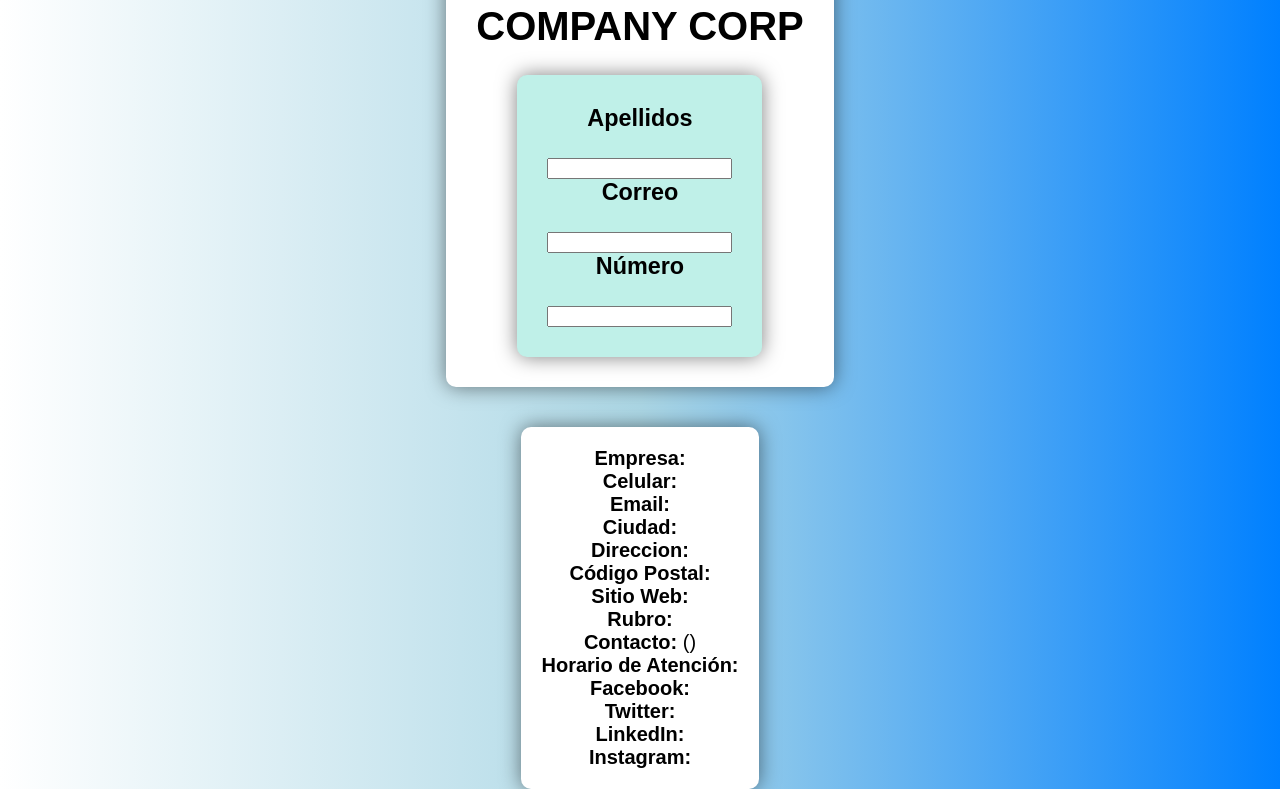
Repository: ANGELEDU141/TAREAWEBEWJASJDASJ
Page: http://localhost/JAVAWEBTAREA/WEB-INF/views/contenido.jsp
The author's editor kept a copy of each file at every save. The page is drawn from the files as they stood at one save, then again after the next save.
The browser window is 1280 px wide. The pictures show the whole page.
The page is served by Tomcat 9. Nobody is signed in. The template is opened directly, without the code that normally fills it, so the values that code supplies are empty.

Above is the page before, as saved 2024-09-01 10:07:31.

After the next save:
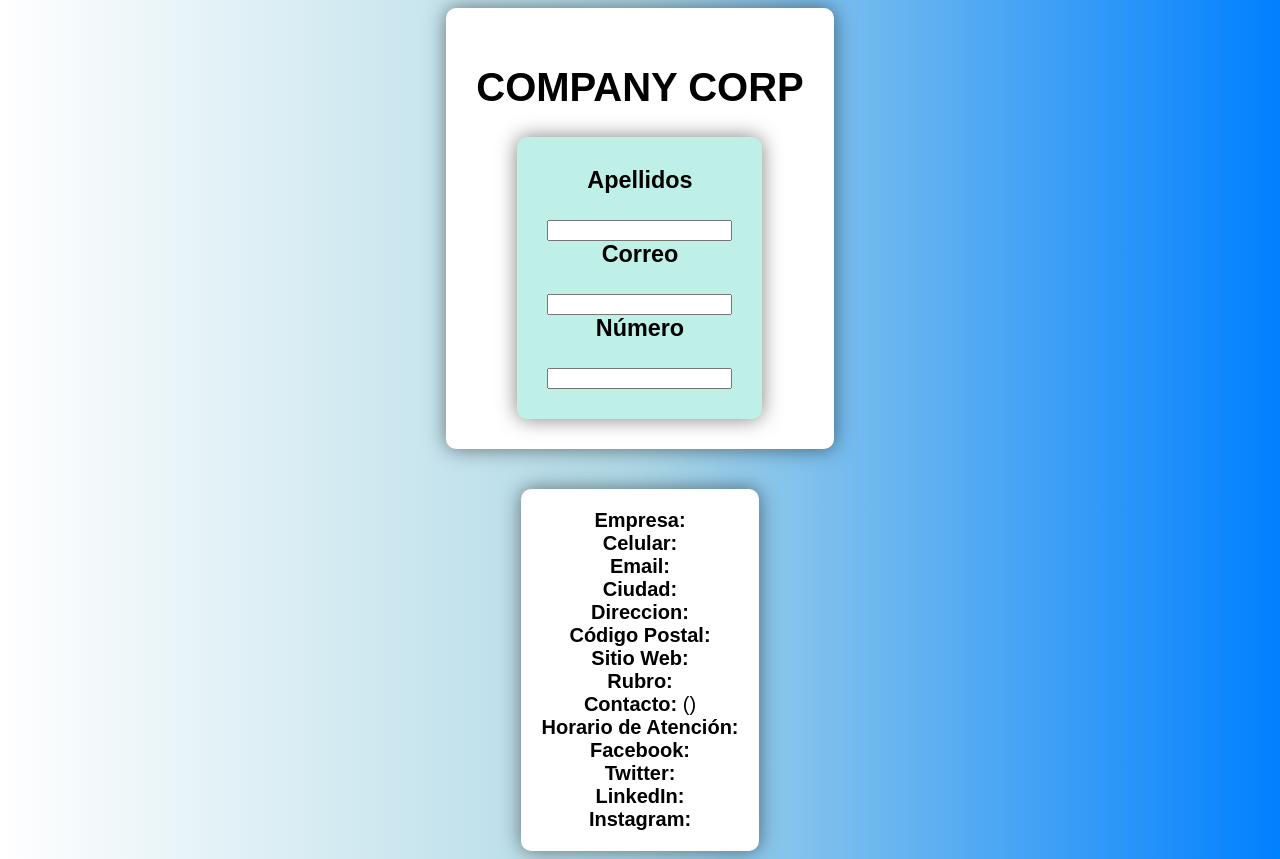
Saved 90 s later.
--- a/JAVAWEBTAREA/src/main/webapp/WEB-INF/views/contenido.jsp
+++ b/JAVAWEBTAREA/src/main/webapp/WEB-INF/views/contenido.jsp
@@ -10,7 +10,6 @@
     body {
 
 
-        height: 100vh;
         display: flex;
         align-items:center;
          flex-direction: column;
